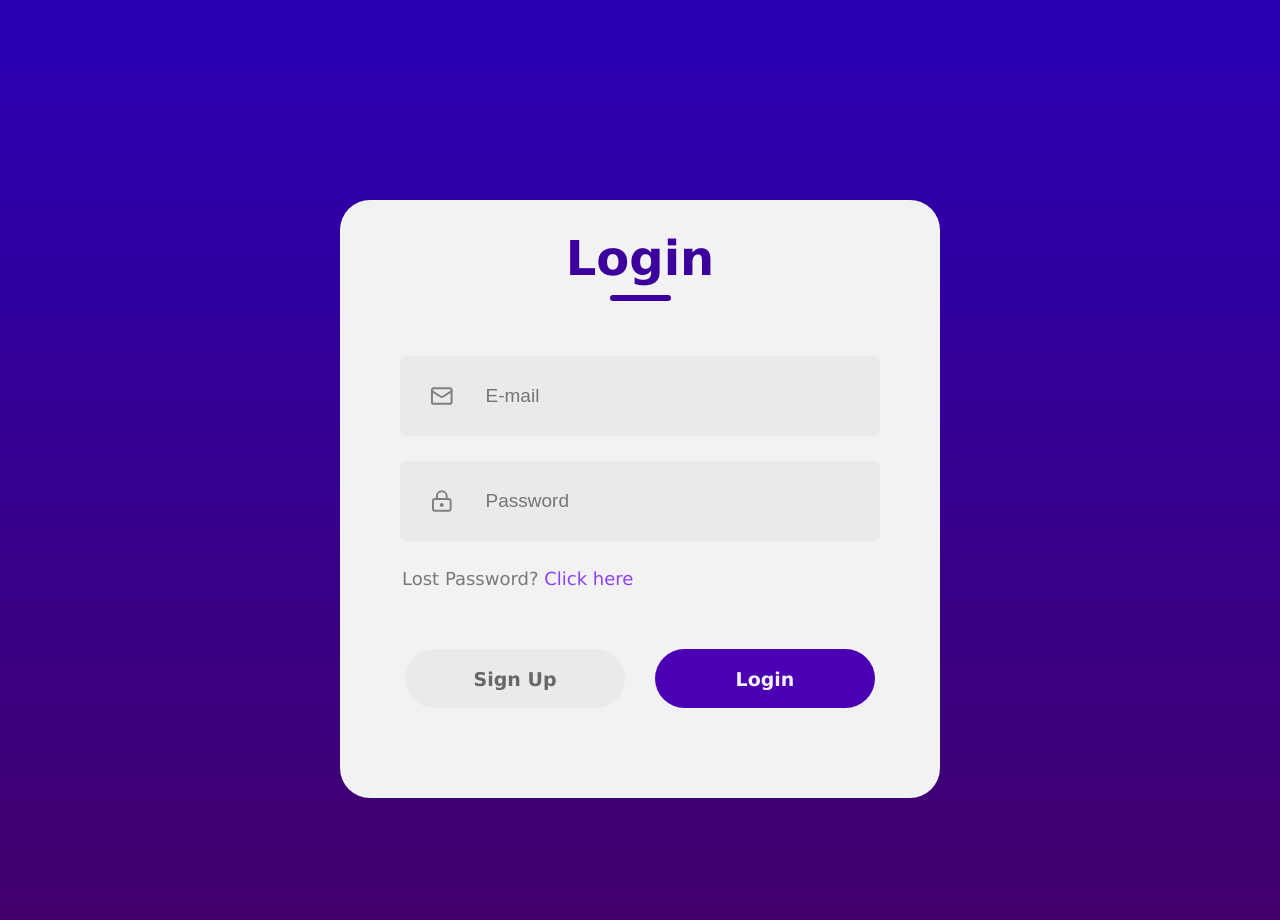
Repository: guilhermecardoso93/login-page
Page: /
An editor plug-in stored every save of this project. The page is shown before and after the next save, followed by the edit.
The browser window is 1280 px wide. The pictures show the whole page.
The project was rebuilt for these pictures with package versions that can differ from the ones it lists, and the page was loaded fresh each time. Also part of the build but not shown: vite.config.js.

Above is the page before, as saved 2024-10-22 19:48:15.

### index.html
<!doctype html>
<html lang="en">
  <head>
    <meta charset="UTF-8" />
    <link rel="icon" type="image/svg+xml" href="" />
    <meta name="viewport" content="width=device-width, initial-scale=1.0" />
    <title>Login | SignUp</title>
  </head>
  <body>
    <div id="root"></div>
    <script type="module" src="/src/main.jsx"></script>
  </body>
</html>

### src/App.jsx
import { Login } from "./components/Login/Login";

export default function App() {
  return (
    <>
      <Login />
    </>
  );
}

### src/index.css
body {
  margin: 0;
  font-family: 'Lucida Sans', 'Lucida Sans Regular', 'Lucida Grande', 'Lucida Sans Unicode', Geneva, Verdana, sans-serif;
  -webkit-font-smoothing: antialiased;
  -moz-osx-font-smoothing: grayscale;
  height: 100vh;
  background: linear-gradient(#2A00B7, #42006c);
}

code {
  font-family: source-code-pro, Menlo, Monaco, Consolas, "Courier New", monospace;
}

### src/components/Login/Login.jsx
import { UserRound, Mail, LockKeyhole } from "lucide-react";
import "./Login.css";
import { useState } from "react";

export const Login = () => {
  const [action, setAction] = useState("Login");

  return (
    <div className="container">
      <header>
        <span>{action}</span>
        <div className="underline"></div>
      </header>{" "}
      {action === "Login" ? (
        <div className="inputs">
          <div className="input">
            <Mail color="gray" size={24} className="icon" />
            <input type="email" placeholder="E-mail" />
          </div>

          <div className="input">
            <LockKeyhole color="gray" size={24} className="icon" />
            <input type="password" placeholder="Password" />
          </div>
        </div>
      ) : (
        <div className="inputs">
          <div className="input">
            <UserRound color="gray" size={24} className="icon" />
            <input type="text" placeholder="Name" />
          </div>

          <div className="input">
            <Mail color="gray" size={24} className="icon" />
            <input type="email" placeholder="E-mail" />
          </div>

          <div className="input">
            <LockKeyhole color="gray" size={24} className="icon" />
            <input type="password" placeholder="Password" />
          </div>
        </div>
      )}
      <div className="forgot-password">
        Lost Password? <span>Click here</span>
      </div>
      <div className="submit-container">
        <div
          className={action === "Login" ? "submit gray" : "submit"}
          onClick={() => {
            setAction("Sign Up");
          }}
        >
          Sign Up
        </div>
        <div
          className={action === "Sign Up" ? "submit gray" : "submit"}
          onClick={() => {
            setAction("Login");
          }}
        >
          Login
        </div>
      </div>
    </div>
  );
};

### src/components/Login/Login.css
.container {
  display: flex;
  flex-direction: column;
  margin: auto;
  margin-top: 200px;
  width: 600px;
  padding-bottom: 30px;
  border-radius: 30px;
  background: #f2f2f2;
}

header {
  display: flex;
  flex-direction: column;
  align-items: center;
  gap: 9px;
  width: 100%;
  margin-top: 30px;
}

header span {
  color: #3c009d;
  font-size: 48px;
  font-weight: 700;
}

.underline {
  width: 61px;
  height: 6px;
  background-color: #3c009d;
  border-radius: 9px;
}

.inputs {
  margin-top: 55px;
  display: flex;
  flex-direction: column;
  gap: 25px;
}

.input {
  display: flex;
  align-items: center;
  justify-content: center;
  margin: auto;
  width: 480px;
  height: 80px;
  background-color: #eaeaea;
  border-radius: 6px;
}

.input .icon {
  margin: 0px 30px;
}

.input input {
  height: 50px;
  width: 400px;
  background: transparent;
  border: none;
  outline: none;
  color: #797979;
  font-size: 19px;
}

.forgot-password {
  padding-left: 62px;
  margin-top: 27px;
  color: #797979;
  font-size: 18px;
}

.forgot-password span {
  color: #8e41fa;
  cursor: pointer;
}

.forgot-password span:hover {
  color: #3c009d;
}

.submit-container {
  display: flex;
  gap: 30px;
  margin: 60px auto;
}

.submit, .login {
  display: flex;
  justify-content: center;
  align-items: center;
  width: 220px;
  height: 59px;
  color: #f2f2f2;
  background-color: #4c00b4;
  border-radius: 50px;
  font-size: 19px;
  font-weight: 700;
  cursor: pointer;
}


.gray {
  background-color: #eaeaea;
  color: #676767;
}

.submit:hover, .login:hover {
  background-color: #8e41fa;
  color: #f2f2f2;
}

Loaded but not shown: src/main.jsx (common file)

After the next save:
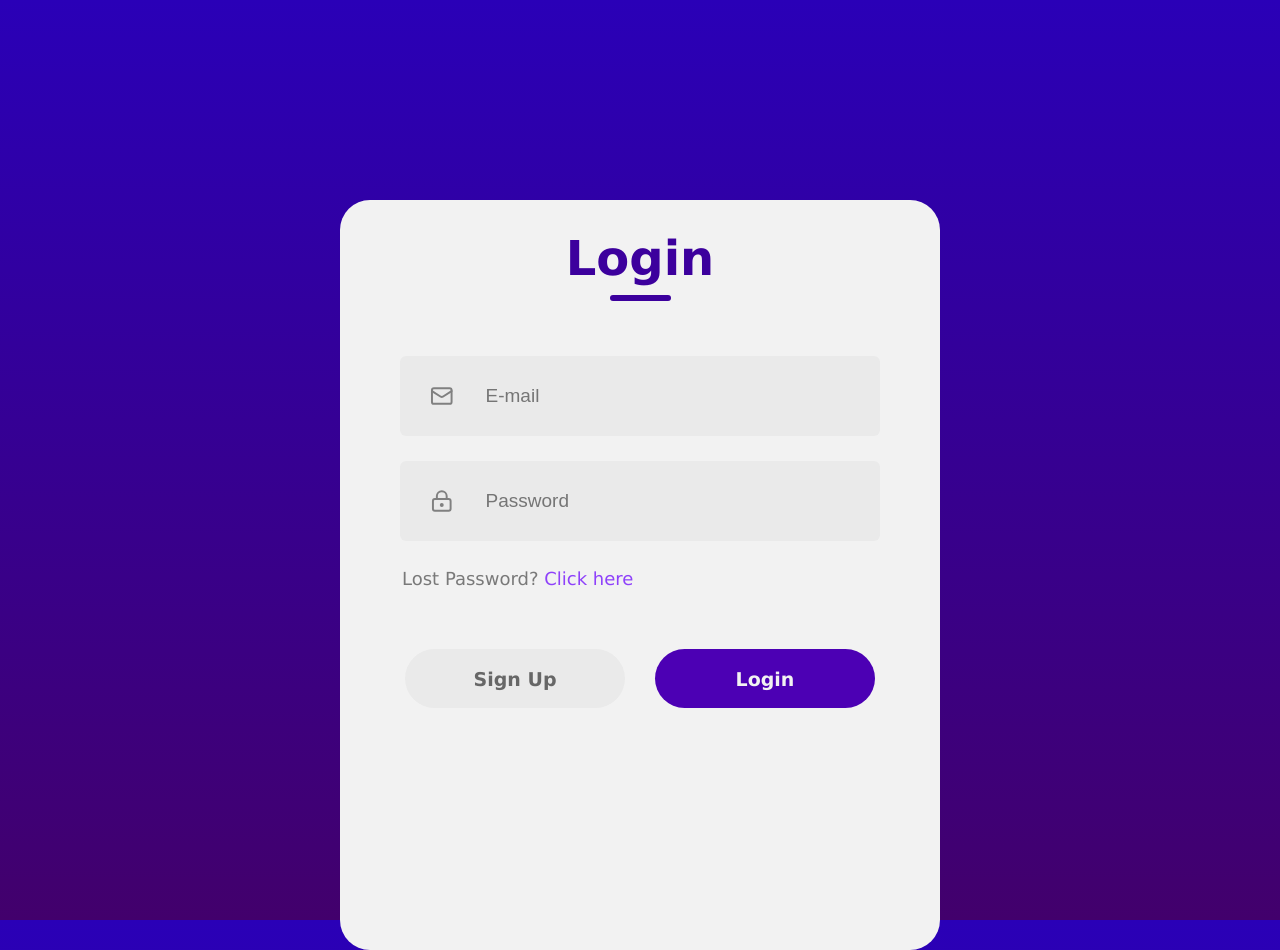
Saved 19 s later.
--- a/src/components/Login/Login.css
+++ b/src/components/Login/Login.css
@@ -4,6 +4,7 @@
   margin: auto;
   margin-top: 200px;
   width: 600px;
+  min-height: 720px;
   padding-bottom: 30px;
   border-radius: 30px;
   background: #f2f2f2;
